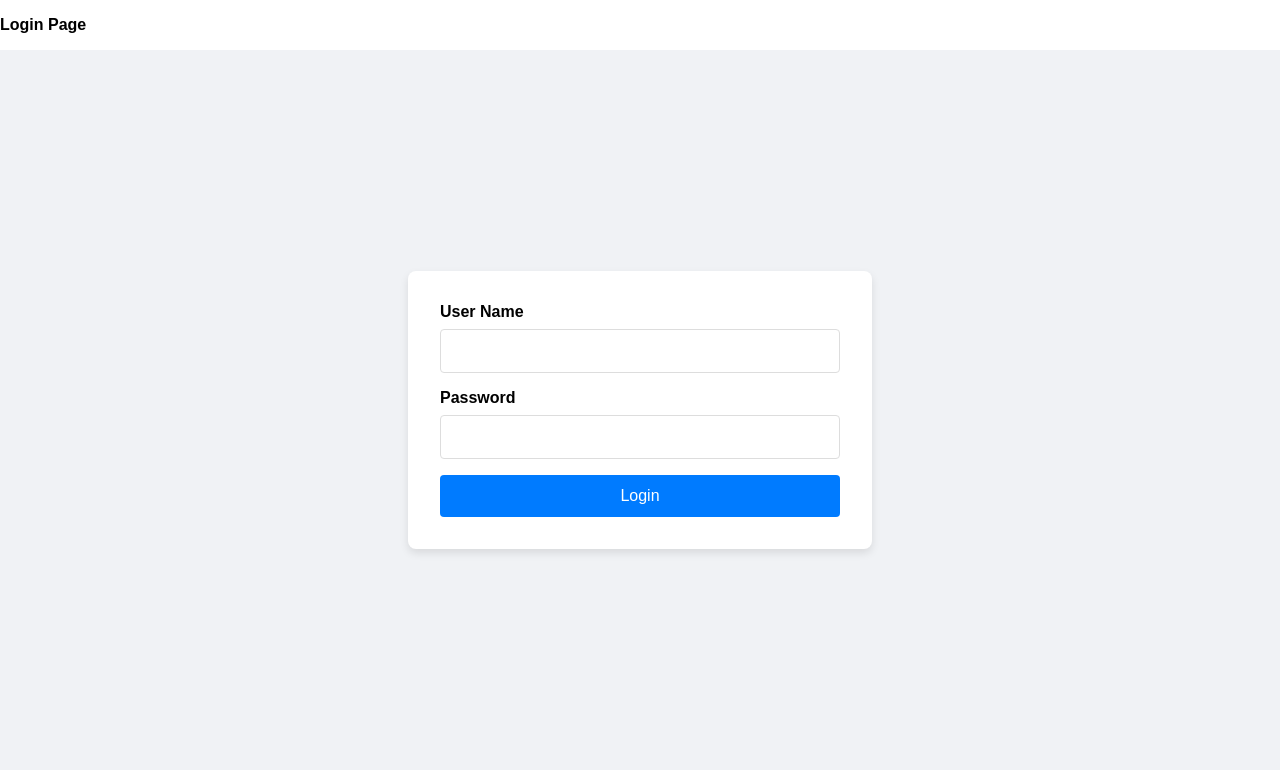
Repository: Mahanandapadavale123/dealsdray
Page: /dashboard (app in frontend/)
These files come from the project's save history. The page is drawn as it stood at one moment and after the next save; the edit follows.
The browser window is 1280 px wide. The pictures show the whole page.
The page's requests for data from a server got no answer. The project was rebuilt for these pictures with package versions that can differ from the ones it lists, and the page was loaded fresh each time. No one was signed in, and anything a server would have sent is missing. Also part of the build but not shown: frontend/src/css/navbar.css, frontend/src/views/layout/header.jsx, frontend/src/views/layout/footer.jsx, frontend/src/views/dashboard.js. Imported but missing from the stored project, and not drawn on this page: frontend/views/Dashboard.js.

Above is the page before, as saved 2024-09-19 13:51:57.

After the next save:
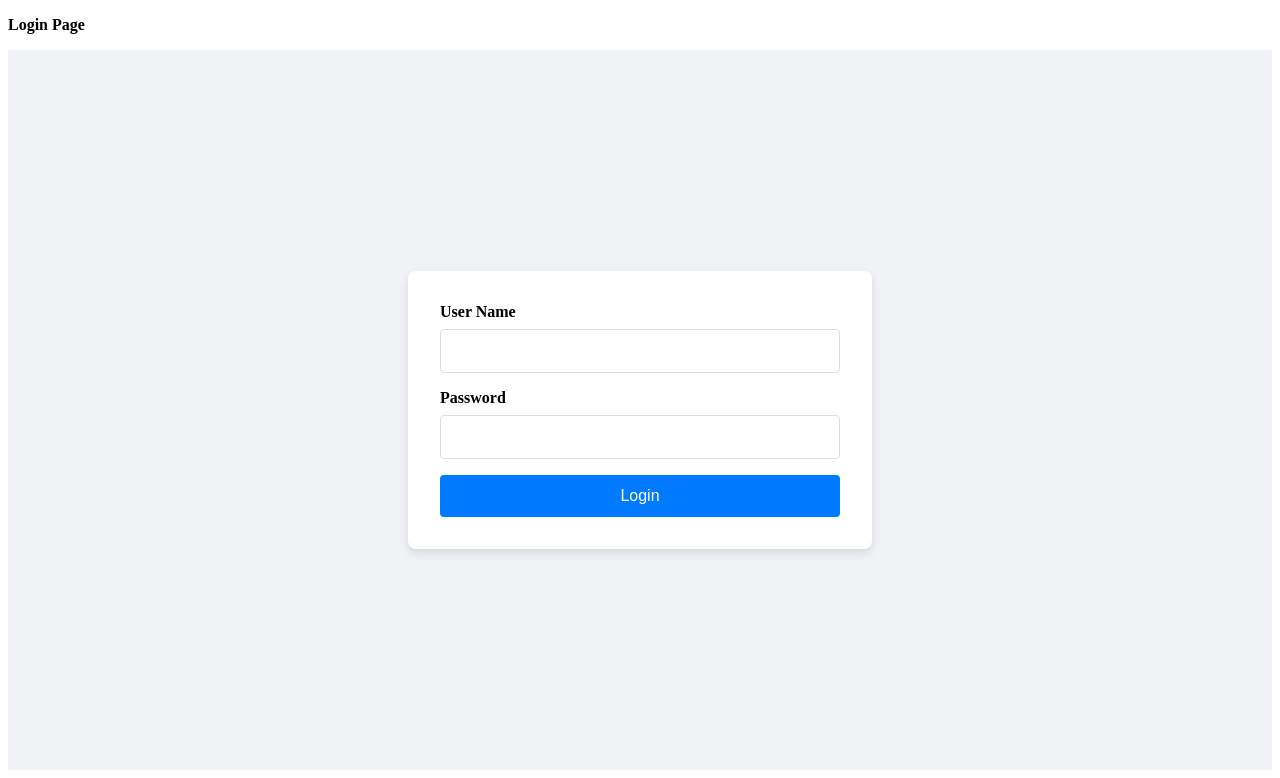
Saved 4 min 48 s later.
--- a/frontend/src/App.js
+++ b/frontend/src/App.js
@@ -2,7 +2,7 @@
 import { BrowserRouter as Router, Routes, Route, Navigate } from "react-router-dom";
 import axios from "axios";
 import Login from "./views/login";
-import Dashboard from "./views/Dashboard.js";
+import Dashboard from "../views/Dashboard.js";
 // import EmployeeList from "./views/EmployeeList";
 
 function App() {

After the save that followed:
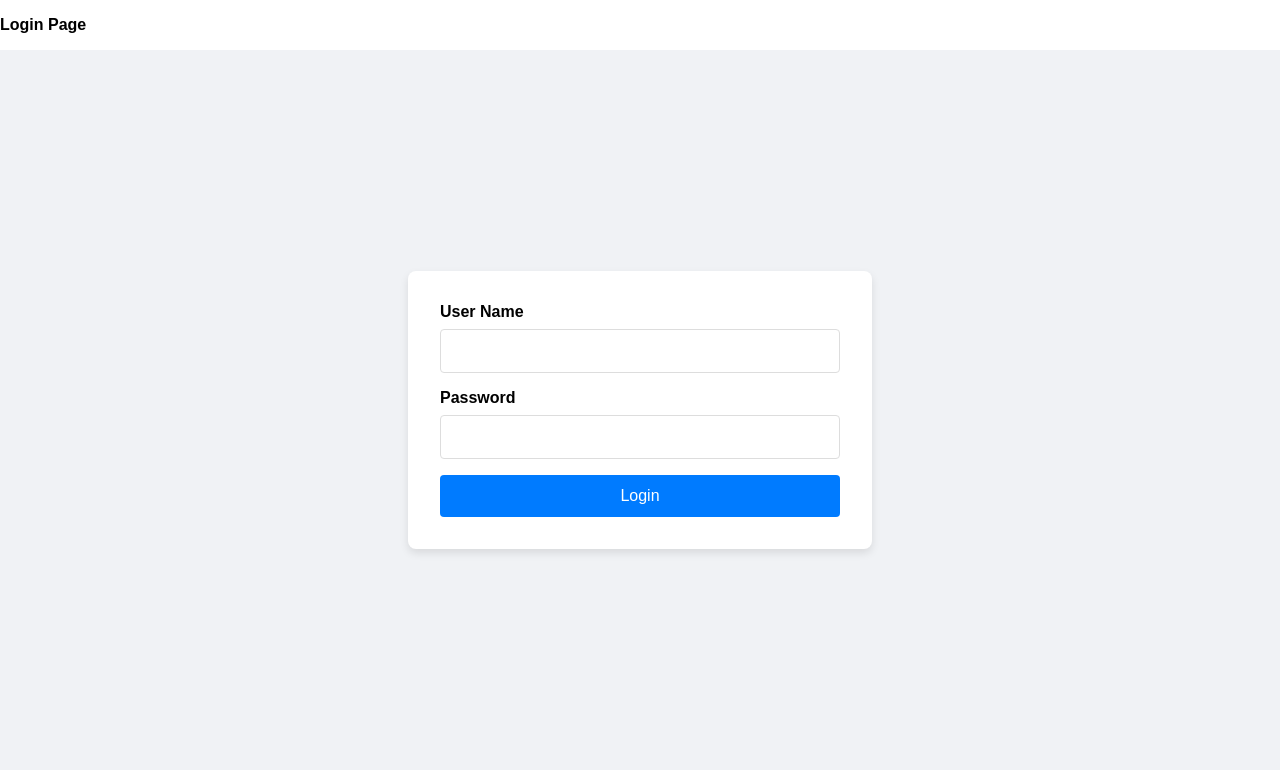
Saved 33 s later.
--- a/frontend/src/App.js
+++ b/frontend/src/App.js
@@ -2,7 +2,7 @@
 import { BrowserRouter as Router, Routes, Route, Navigate } from "react-router-dom";
 import axios from "axios";
 import Login from "./views/login";
-import Dashboard from "../views/Dashboard.js";
+import Dashboard from "./views/Dashboard.js";
 // import EmployeeList from "./views/EmployeeList";
 
 function App() {
